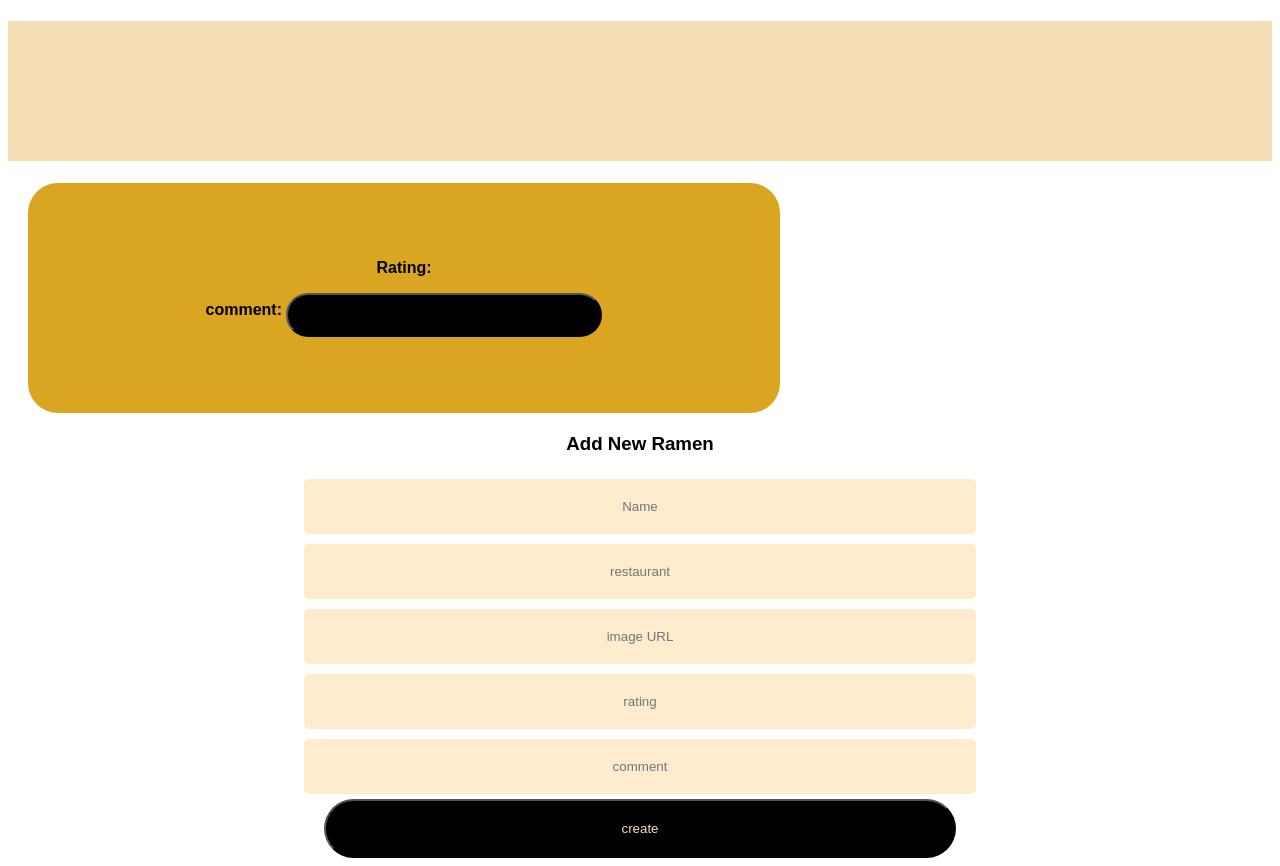
Repository: travinne/travthegr88
Page: code/ramen-rating-app/index.html
An editor plug-in stored every save of this project. The page is shown before and after the next save, followed by the edit.
The browser window is 1280 px wide. The pictures show the whole page.

Above is the page before, as saved 2025-03-18 12:51:55.

After the next save:
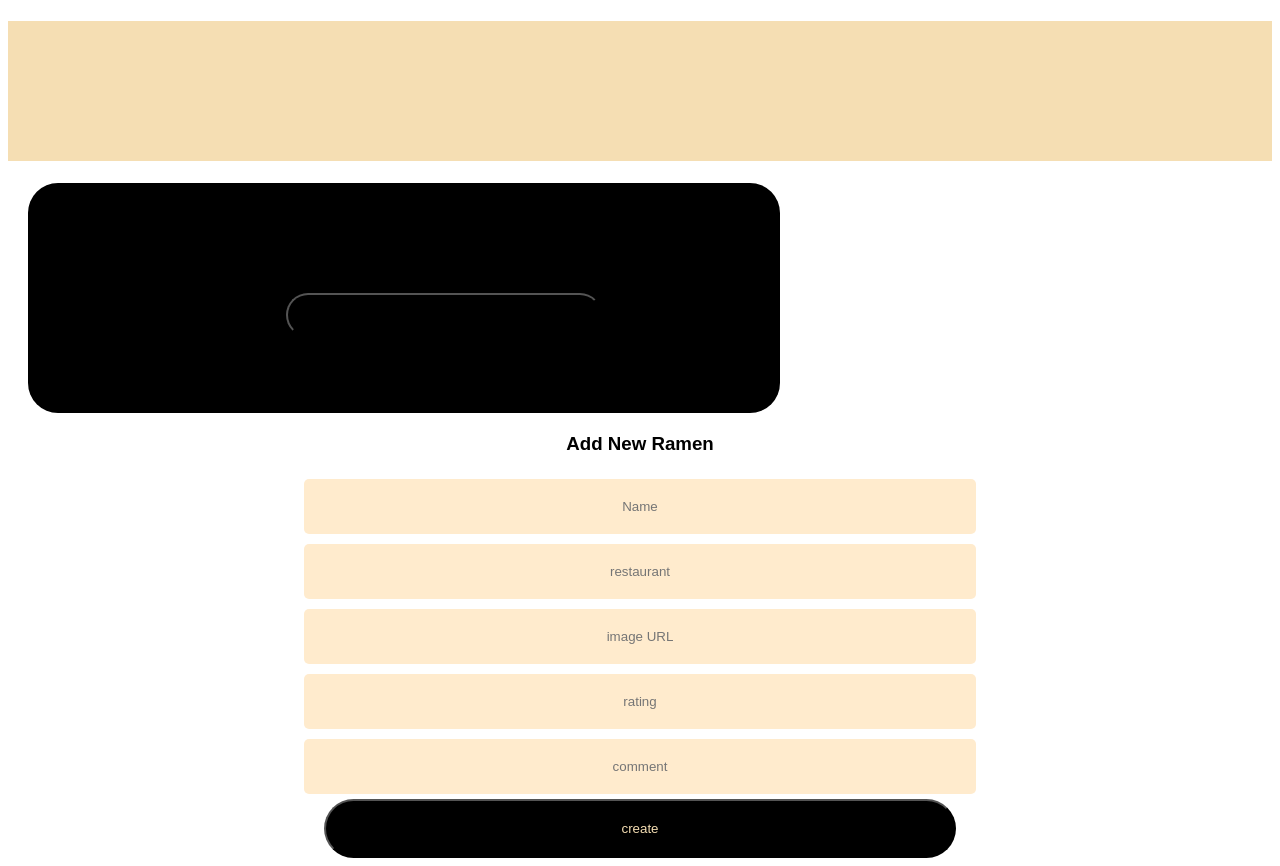
Saved 28 min 20 s later.
--- a/code/ramen-rating-app/style.css
+++ b/code/ramen-rating-app/style.css
@@ -26,7 +26,7 @@ h1 {
 }
 
 form {
-       background: goldenrod;
+       background: black;
        padding: 60px;
        width: 50%;
        margin: 20px ;
